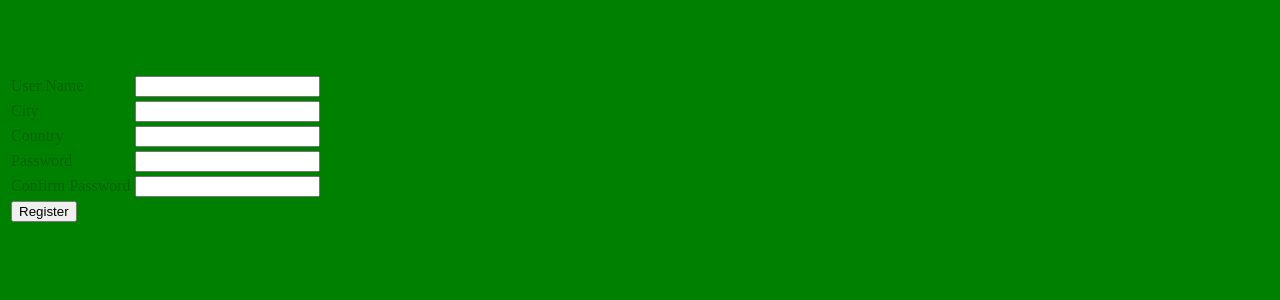
Repository: sultanaNargis03/IndustryReadyJavaSpringBoot
Page: Servlet/workspace/Learningportal/src/main/webapp/register.html
An editor plug-in stored every save of this project. The page is shown before and after the next save, followed by the edit.
The browser window is 1280 px wide. The pictures show the whole page.

Above is the page before, as saved 2023-12-11 09:48:58.

### Servlet/workspace/Learningportal/src/main/webapp/register.html
<!DOCTYPE html>
<html>
<head>
<meta charset="ISO-8859-1">
<title>Registration</title>
</head>
<body bgcolor="green">
<h2 style="color: red"><marquee>Student registration!!</marquee></h2>
<form action="./reg">
	<table style="color:darkgreen">
		<tr>
			<td>User Name</td>
			<td><input type="text" name="uname"</td>
		</tr>
		<tr>
			<td>City</td>
			<td><input type="text" name="city"</td>
		</tr>

		<tr>
			<td>Country</td>
			<td><input type="text" name="country"</td>
		</tr>
		<tr>
			<td>Password</td>
			<td><input type="password" name="password"</td>
		</tr>
		<tr>
			<td>Confirm Password</td>
			<td><input type="password" name="cpassword"</td>
		</tr>
		<tr>
			<td><input type="submit" value="Register"</td>
		</tr>
	</table>
</form>

</body>
</html>

After the next save:
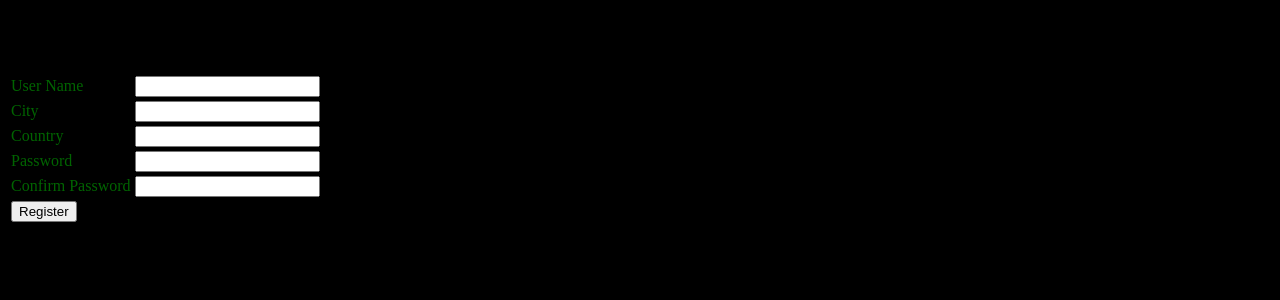
Saved 22 s later.
--- a/Servlet/workspace/Learningportal/src/main/webapp/register.html
+++ b/Servlet/workspace/Learningportal/src/main/webapp/register.html
@@ -4,7 +4,7 @@
 <meta charset="ISO-8859-1">
 <title>Registration</title>
 </head>
-<body bgcolor="green">
+<body bgcolor="black">
 <h2 style="color: red"><marquee>Student registration!!</marquee></h2>
 <form action="./reg">
 	<table style="color:darkgreen">
